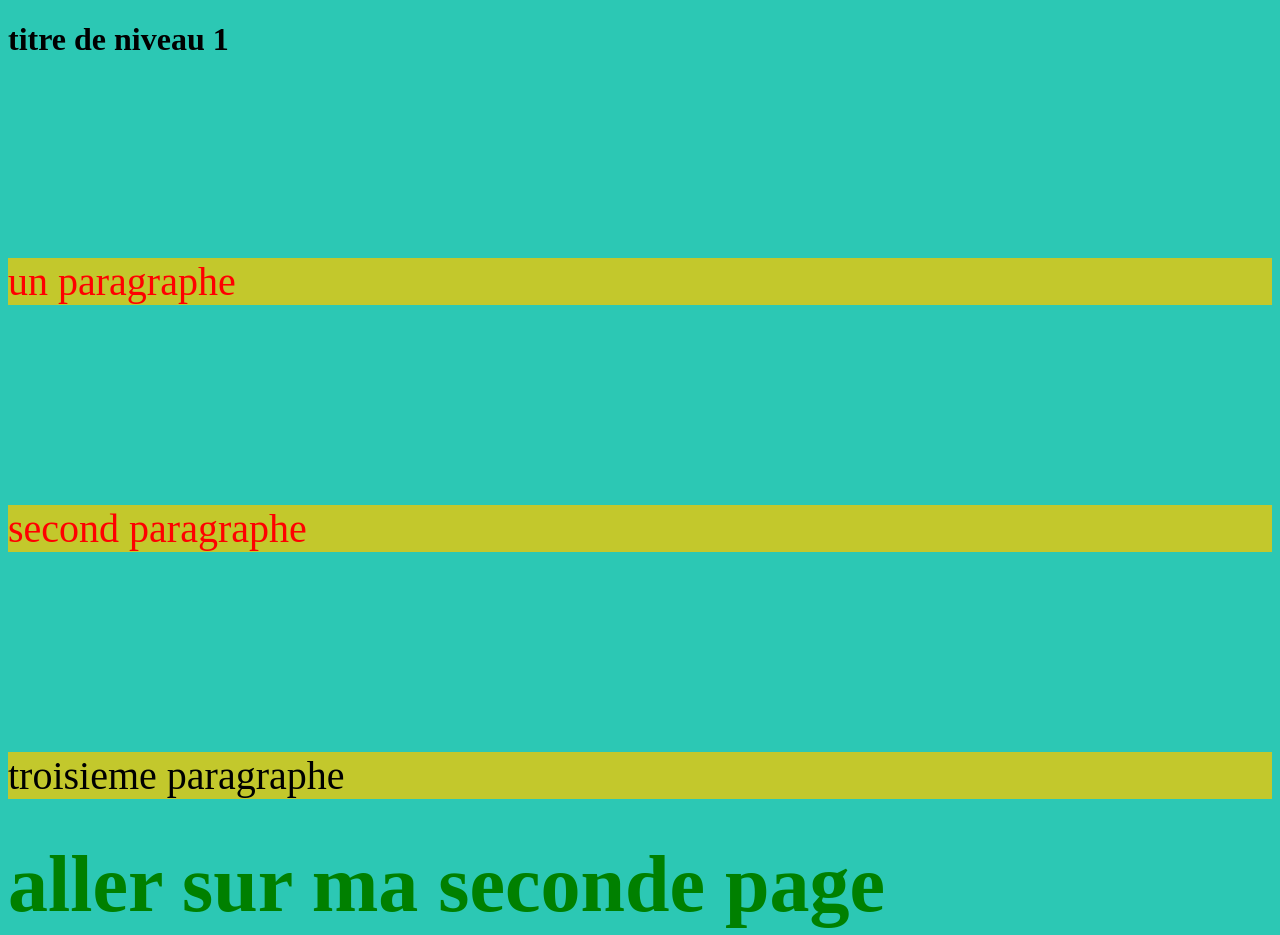
Repository: Poulpyto/fitec
Page: workspaceHtmlFlo/PremierTp_htmlCss/WebContent/htmlEtCss.html
The author's editor kept a copy of each file at every save. The page is drawn from the files as they stood at one save, then again after the next save.
The browser window is 1280 px wide. The pictures show the whole page.

Above is the page before, as saved 2017-04-03 13:04:06.

### workspaceHtmlFlo/PremierTp_htmlCss/WebContent/htmlEtCss.html
<!DOCTYPE html>
<html>
	<head>
		<meta charset="UTF-8">
		<title>HTML et CSS</title>
		<link rel="stylesheet" href="css/style.css" />
	</head>
	<body>
		<h1>titre de niveau 1</h1>
		<p>un paragraphe</p>
		<p>second paragraphe</p>
		<p class="toto">troisieme paragraphe</p>
		<a href="C:\Users\Stagiaire\Desktop\workspaceHtmlFlo\PremierTp\WebContent\NewFile.html">aller sur ma seconde page</a>
	</body>
</html>

### workspaceHtmlFlo/PremierTp_htmlCss/WebContent/css/style.css
@CHARSET "UTF-8";

body{
	background-color: #2CC8B4;
}

p{
	background-color: #C3C82C;/*couleur de fond*/
	font-family: cursive;/*type de police*/
	font-size: 40px;/*taille police*/
	color: red;/*couleur decriture*/
	margin-top: 200px;
}

a{
	color: green;
	font-weight: bold;
	font-size: 500%;
	text-decoration: none;
}

.toto{
	color: black;
}

After the next save:
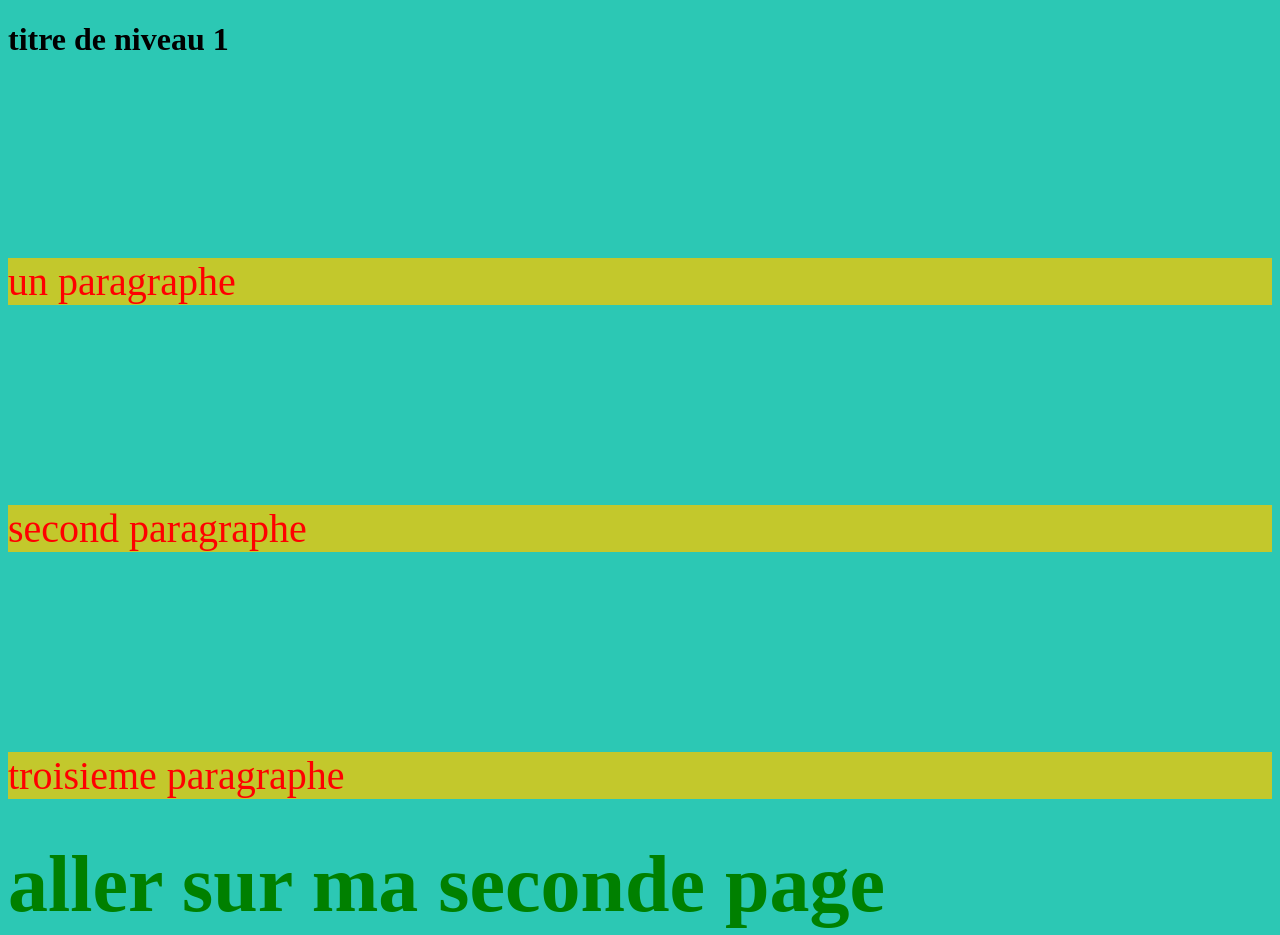
Saved 117 s later.
--- a/workspaceHtmlFlo/PremierTp_htmlCss/WebContent/css/style.css
+++ b/workspaceHtmlFlo/PremierTp_htmlCss/WebContent/css/style.css
@@ -19,6 +19,6 @@ a{
 	text-decoration: none;
 }
 
-.toto{
+#toto{
 	color: black;
 }
